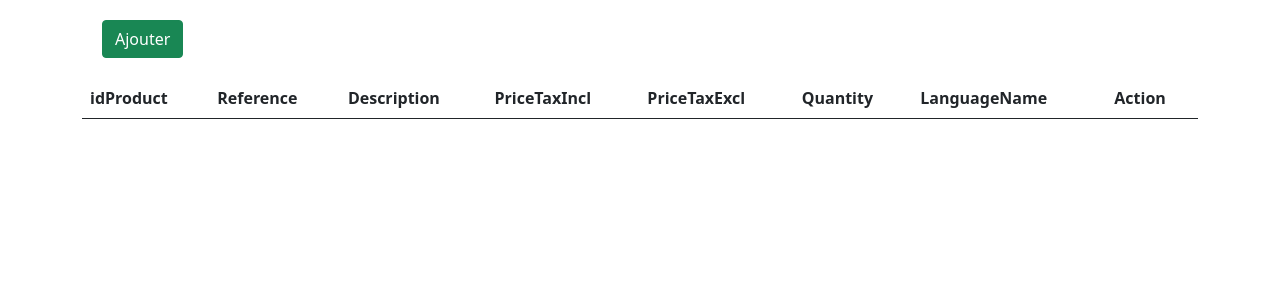
Repository: ahamie71/CrUDPOO
Page: http://localhost/index.php?action=AfficheCrud
The author's editor kept a copy of each file at every save. The page is drawn from the files as they stood at one save, then again after the next save.
The browser window is 1280 px wide. The pictures show the whole page.
The page is run by PHP 8.4 with error messages shown; the project is at /var/www/html/. Queries for data that is not in the repository find no rows.

Above is the page before, as saved 2023-07-25 14:48:07.

After the next save:
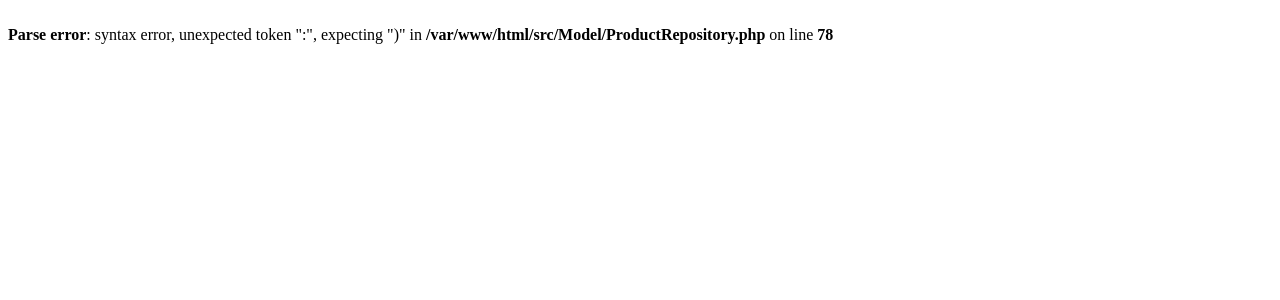
Saved 4 s later.
--- a/src/Model/ProductRepository.php
+++ b/src/Model/ProductRepository.php
@@ -28,7 +28,7 @@
         LEFT JOIN languages ON products.idLang = languages.idLang;
         WHERE products.idProduct =  $idProduct";
             $stmt = $bdd->getPDO()->prepare($req);
-        $stmt->setFetchMode(PDO::FETCH_CLASS, 'CrudPOO\Entity\P');
+        $stmt->setFetchMode(PDO::FETCH_CLASS, 'CrudPOO\Entity\');
         $stmt->execute();
         $post = $stmt->fetch();
         return $post;

After the 3 saves that followed:
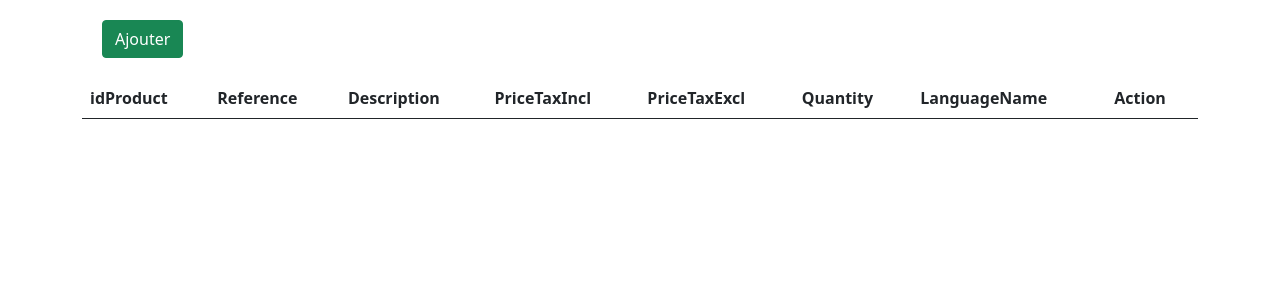
The 3 saves are shown as one change because they came seconds apart.
The last was saved 11 s later.
--- a/src/Model/ProductRepository.php
+++ b/src/Model/ProductRepository.php
@@ -28,7 +28,7 @@
         LEFT JOIN languages ON products.idLang = languages.idLang;
         WHERE products.idProduct =  $idProduct";
             $stmt = $bdd->getPDO()->prepare($req);
-        $stmt->setFetchMode(PDO::FETCH_CLASS, 'CrudPOO\Entity\');
+        $stmt->setFetchMode(PDO::FETCH_CLASS, 'CrudPOO\Entity\Product');
         $stmt->execute();
         $post = $stmt->fetch();
         return $post;
